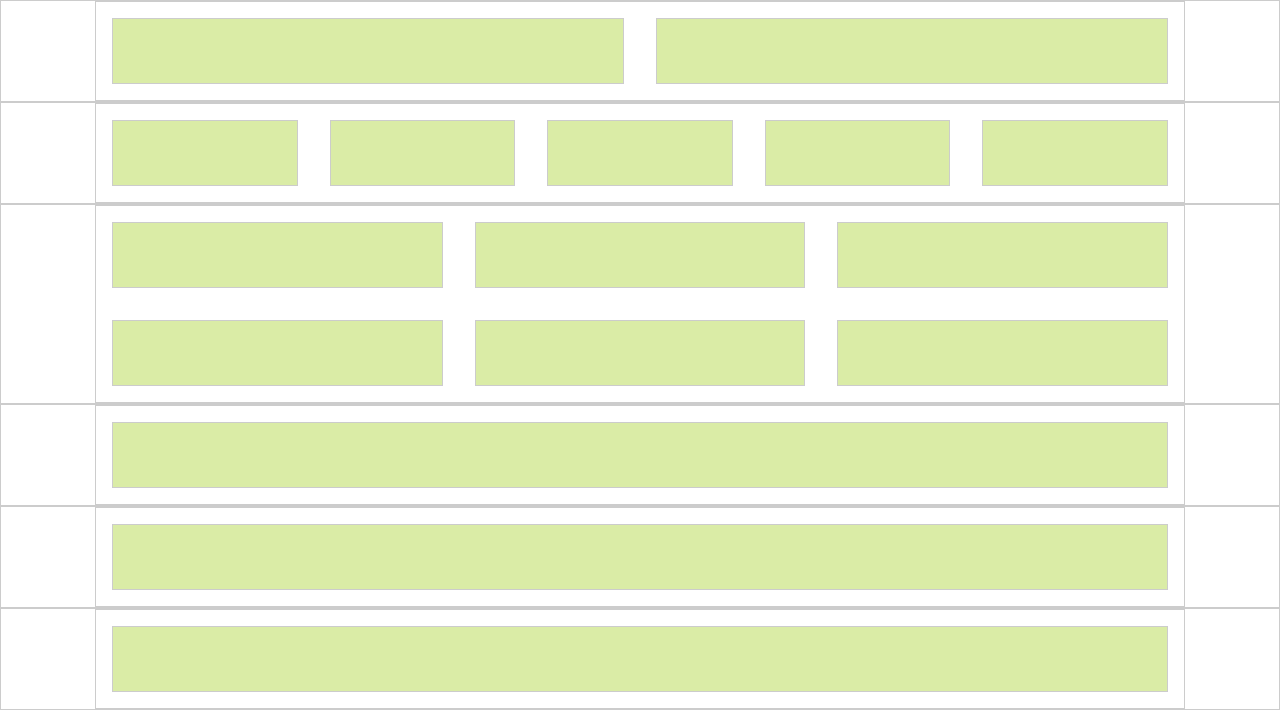
Repository: AlexBCIT/metrolicspractice
Page: index.html
These files come from the project's save history. The page is drawn as it stood at one moment and after the next save; the edit follows.
The browser window is 1280 px wide. The pictures show the whole page.

Above is the page before, as saved 2021-01-29 10:28:28.

### index.html
<!doctype html>
<html class="no-js" lang="">

<head>
    <meta charset="utf-8">
    <title></title>
    <meta name="description" content="">
    <meta name="viewport" content="width=device-width, initial-scale=1">

    <meta property="og:title" content="">
    <meta property="og:type" content="">
    <meta property="og:url" content="">
    <meta property="og:image" content="">

    <link rel="manifest" href="site.webmanifest">
    <link rel="apple-touch-icon" href="icon.png">
    <!-- Place favicon.ico in the root directory -->

    <link rel="stylesheet" href="css/normalize.css">
    <link rel="stylesheet" href="css/main.css">

    <meta name="theme-color" content="#fafafa">
</head>

<body>

    <div class="container">
        <div class="row col-2">
            <div class="column">

            </div>
            <div class="column">

            </div>
        </div>
    </div>
    <div class="container">
        <div class="row col-5">
            <div class="column">

            </div>
            <div class="column">

            </div>
            <div class="column">

            </div>
            <div class="column">

            </div>
            <div class="column">

            </div>
        </div>
    </div>
    <div class="container">
        <div class="row col-3">
            <div class="column">

            </div>
            <div class="column">

            </div>
            <div class="column">

            </div>
            <div class="column">

            </div>
            <div class="column">

            </div>
            <div class="column">

            </div>
        </div>
    </div>
    <div class="container">
        <div class="row">
            <div class="column">

            </div>
        </div>
    </div>
    <div class="container">
        <div class="row">
            <div class="column">

            </div>
        </div>
    </div>
    <div class="container">
        <div class="row">
            <div class="column">

            </div>
        </div>
    </div>




    <script src="js/vendor/modernizr-3.11.2.min.js"></script>
    <script src="js/plugins.js"></script>
    <script src="js/main.js"></script>

    <!-- Google Analytics: change UA-XXXXX-Y to be your site's ID. -->
    <script>
        window.ga = function() {
            ga.q.push(arguments)
        };
        ga.q = [];
        ga.l = +new Date;
        ga('create', 'UA-XXXXX-Y', 'auto');
        ga('set', 'anonymizeIp', true);
        ga('set', 'transport', 'beacon');
        ga('send', 'pageview')
    </script>
    <script src="https://www.google-analytics.com/analytics.js" async></script>
</body>

</html>

### css/main.css
/*! HTML5 Boilerplate v8.0.0 | MIT License | https://html5boilerplate.com/ */


/* main.css 2.1.0 | MIT License | https://github.com/h5bp/main.css#readme */


/*
 * What follows is the result of much research on cross-browser styling.
 * Credit left inline and big thanks to Nicolas Gallagher, Jonathan Neal,
 * Kroc Camen, and the H5BP dev community and team.
 */


/* ==========================================================================
   Base styles: opinionated defaults
   ========================================================================== */

html {
    color: #222;
    font-size: 1em;
    line-height: 1.4;
}


/*
 * Remove text-shadow in selection highlight:
 * https://twitter.com/miketaylr/status/12228805301
 *
 * Vendor-prefixed and regular ::selection selectors cannot be combined:
 * https://stackoverflow.com/a/16982510/7133471
 *
 * Customize the background color to match your design.
 */

::-moz-selection {
    background: #b3d4fc;
    text-shadow: none;
}

::selection {
    background: #b3d4fc;
    text-shadow: none;
}


/*
 * A better looking default horizontal rule
 */

hr {
    display: block;
    height: 1px;
    border: 0;
    border-top: 1px solid #ccc;
    margin: 1em 0;
    padding: 0;
}


/*
 * Remove the gap between audio, canvas, iframes,
 * images, videos and the bottom of their containers:
 * https://github.com/h5bp/html5-boilerplate/issues/440
 */

audio,
canvas,
iframe,
img,
svg,
video {
    vertical-align: middle;
}


/*
 * Remove default fieldset styles.
 */

fieldset {
    border: 0;
    margin: 0;
    padding: 0;
}


/*
 * Allow only vertical resizing of textareas.
 */

textarea {
    resize: vertical;
}


/* ==========================================================================
   Author's custom styles
   ========================================================================== */

div,
header,
footer,
section {
    border: 1px solid #ccc;
    min-height: 4rem;
}

.column {
    background-color: rgb(218, 236, 166);
    margin: 1rem;
}

.row {
    display: grid;
    width: 85vw;
    max-width: 70rem;
    margin: 0 auto;
}

.col-2 {
    grid-template-columns: 1fr 1fr;
}

.col-3 {
    grid-template-columns: repeat(3, 1fr);
}

.col-4 {
    grid-template-columns: repeat(4, 1fr);
}

.col-5 {
    grid-template-columns: repeat(5, 1fr);
}

.col-6 {
    grid-template-columns: repeat(6, 1fr);
}

.col-7 {
    grid-template-columns: repeat(7, 1fr);
}

.col-8 {
    grid-template-columns: repeat(8, 1fr);
}


/* ==========================================================================
   UTILITY
   ========================================================================== */


/*
 * Hide visually and from screen readers
 */

.hidden,
[hidden] {
    display: none !important;
}


/*
 * Hide only visually, but have it available for screen readers:
 * https://snook.ca/archives/html_and_css/hiding-content-for-accessibility
 *
 * 1. For long content, line feeds are not interpreted as spaces and small width
 *    causes content to wrap 1 word per line:
 *    https://medium.com/@jessebeach/beware-smushed-off-screen-accessible-text-5952a4c2cbfe
 */

.sr-only {
    border: 0;
    clip: rect(0, 0, 0, 0);
    height: 1px;
    margin: -1px;
    overflow: hidden;
    padding: 0;
    position: absolute;
    white-space: nowrap;
    width: 1px;
    /* 1 */
}


/*
 * Extends the .sr-only class to allow the element
 * to be focusable when navigated to via the keyboard:
 * https://www.drupal.org/node/897638
 */

.sr-only.focusable:active,
.sr-only.focusable:focus {
    clip: auto;
    height: auto;
    margin: 0;
    overflow: visible;
    position: static;
    white-space: inherit;
    width: auto;
}


/*
 * Hide visually and from screen readers, but maintain layout
 */

.invisible {
    visibility: hidden;
}


/*
 * Clearfix: contain floats
 *
 * For modern browsers
 * 1. The space content is one way to avoid an Opera bug when the
 *    `contenteditable` attribute is included anywhere else in the document.
 *    Otherwise it causes space to appear at the top and bottom of elements
 *    that receive the `clearfix` class.
 * 2. The use of `table` rather than `block` is only necessary if using
 *    `:before` to contain the top-margins of child elements.
 */

.clearfix::before,
.clearfix::after {
    content: " ";
    display: table;
}

.clearfix::after {
    clear: both;
}


/* ==========================================================================
   EXAMPLE Media Queries for Responsive Design.
   These examples override the primary ('mobile first') styles.
   Modify as content requires.
   ========================================================================== */

@media only screen and (min-width: 35em) {
    /* Style adjustments for viewports that meet the condition */
}

@media print,
(-webkit-min-device-pixel-ratio: 1.25),
(min-resolution: 1.25dppx),
(min-resolution: 120dpi) {
    /* Style adjustments for high resolution devices */
}


/* ==========================================================================
   Print styles.
   Inlined to avoid the additional HTTP request:
   https://www.phpied.com/delay-loading-your-print-css/
   ========================================================================== */

@media print {
    *,
    *::before,
    *::after {
        background: #fff !important;
        color: #000 !important;
        /* Black prints faster */
        box-shadow: none !important;
        text-shadow: none !important;
    }
    a,
    a:visited {
        text-decoration: underline;
    }
    a[href]::after {
        content: " (" attr(href) ")";
    }
    abbr[title]::after {
        content: " (" attr(title) ")";
    }
    /*
   * Don't show links that are fragment identifiers,
   * or use the `javascript:` pseudo protocol
   */
    a[href^="#"]::after,
    a[href^="javascript:"]::after {
        content: "";
    }
    pre {
        white-space: pre-wrap !important;
    }
    pre,
    blockquote {
        border: 1px solid #999;
        page-break-inside: avoid;
    }
    /*
   * Printing Tables:
   * https://web.archive.org/web/20180815150934/http://css-discuss.incutio.com/wiki/Printing_Tables
   */
    thead {
        display: table-header-group;
    }
    tr,
    img {
        page-break-inside: avoid;
    }
    p,
    h2,
    h3 {
        orphans: 3;
        widows: 3;
    }
    h2,
    h3 {
        page-break-after: avoid;
    }
}

### js/plugins.js
// Avoid `console` errors in browsers that lack a console.
(function() {
  var method;
  var noop = function () {};
  var methods = [
    'assert', 'clear', 'count', 'debug', 'dir', 'dirxml', 'error',
    'exception', 'group', 'groupCollapsed', 'groupEnd', 'info', 'log',
    'markTimeline', 'profile', 'profileEnd', 'table', 'time', 'timeEnd',
    'timeline', 'timelineEnd', 'timeStamp', 'trace', 'warn'
  ];
  var length = methods.length;
  var console = (window.console = window.console || {});

  while (length--) {
    method = methods[length];

    // Only stub undefined methods.
    if (!console[method]) {
      console[method] = noop;
    }
  }
}());

// Place any jQuery/helper plugins in here.

Loaded but not shown: css/normalize.css (library); js/vendor/modernizr-3.11.2.min.js (library); js/main.js (no stored copy; drawn as an empty file)

After the next save:
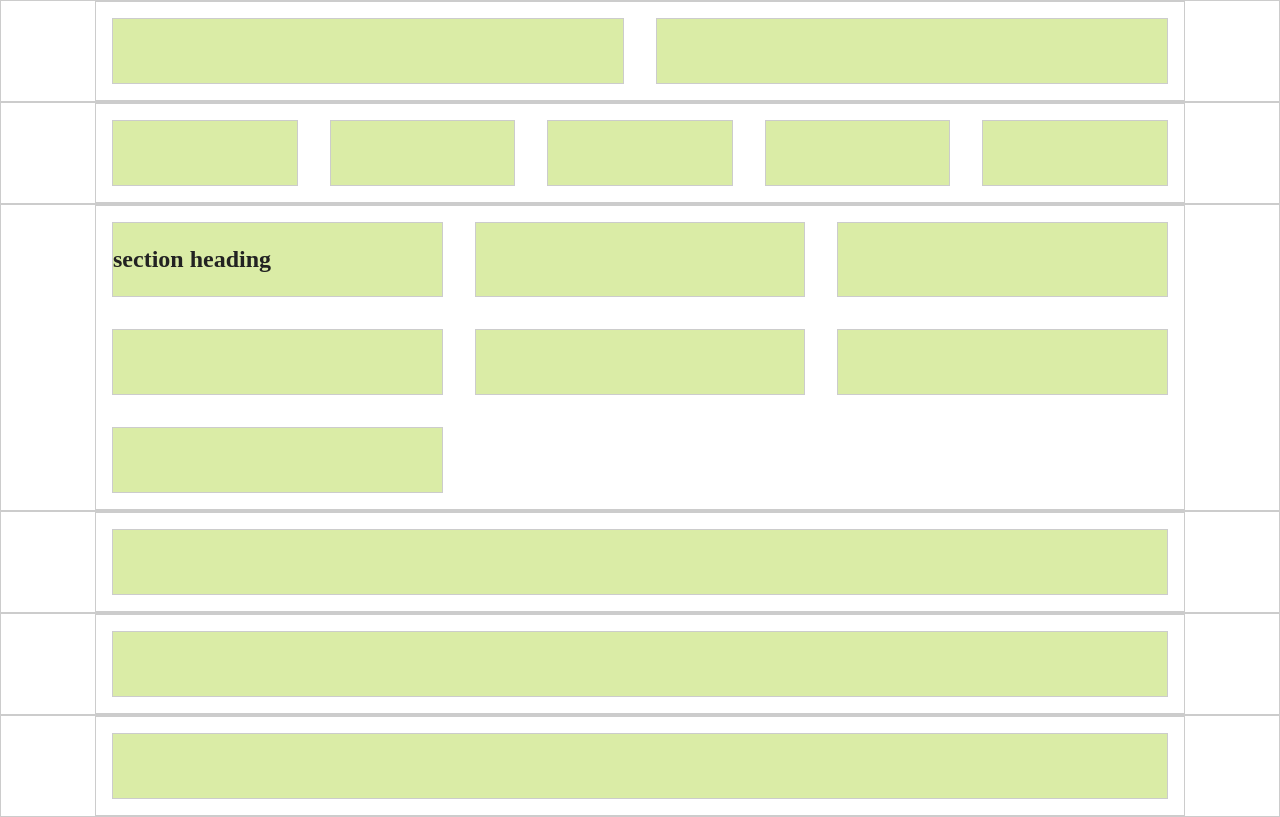
Saved 72 s later.
--- a/index.html
+++ b/index.html
@@ -55,6 +55,10 @@
     </div>
     <div class="container">
         <div class="row col-3">
+            <div class="column">
+                <h2>section heading</h2>
+            </div>
+
             <div class="column">
 
             </div>
